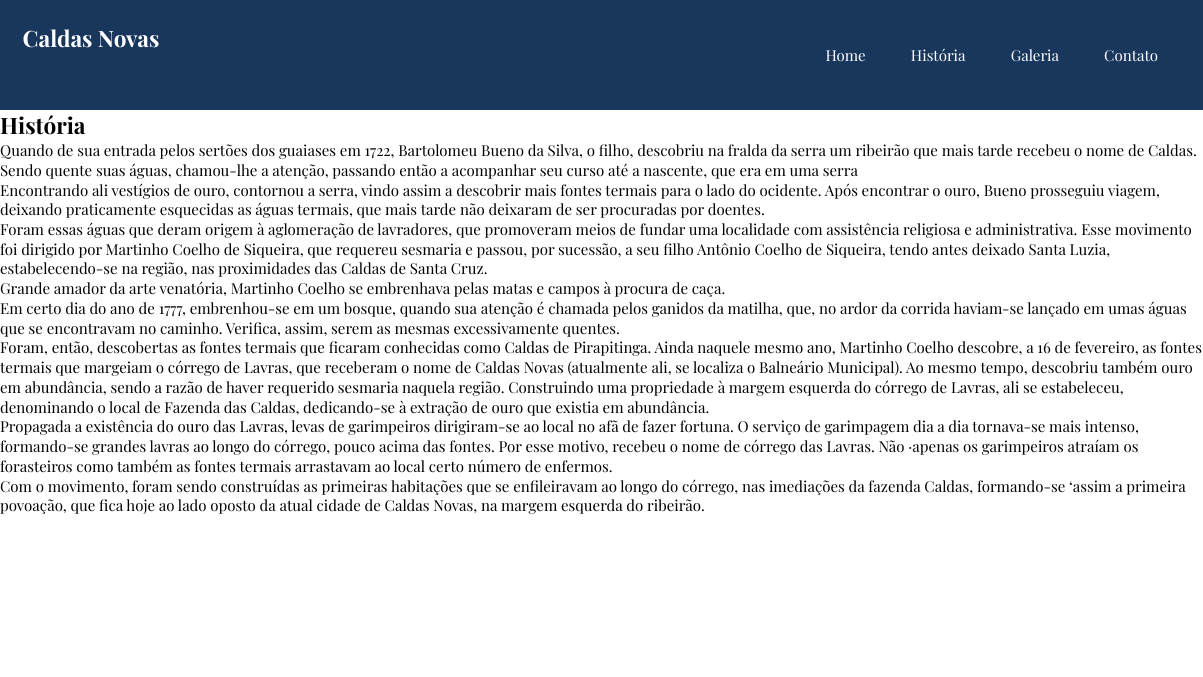
Repository: AbiezerSidonioJoseOdanacaJunior/DesafioLocalTuristico
Page: index.html
The author's editor kept a copy of each file at every save. The page is drawn from the files as they stood at one save, then again after the next save.
The browser window is 1280 px wide. The pictures show the whole page, at 94% of full size.
Some web fonts or font styles are not loaded; a fallback is used.

Above is the page before, as saved 2024-11-11 15:20:24.

After the next save:
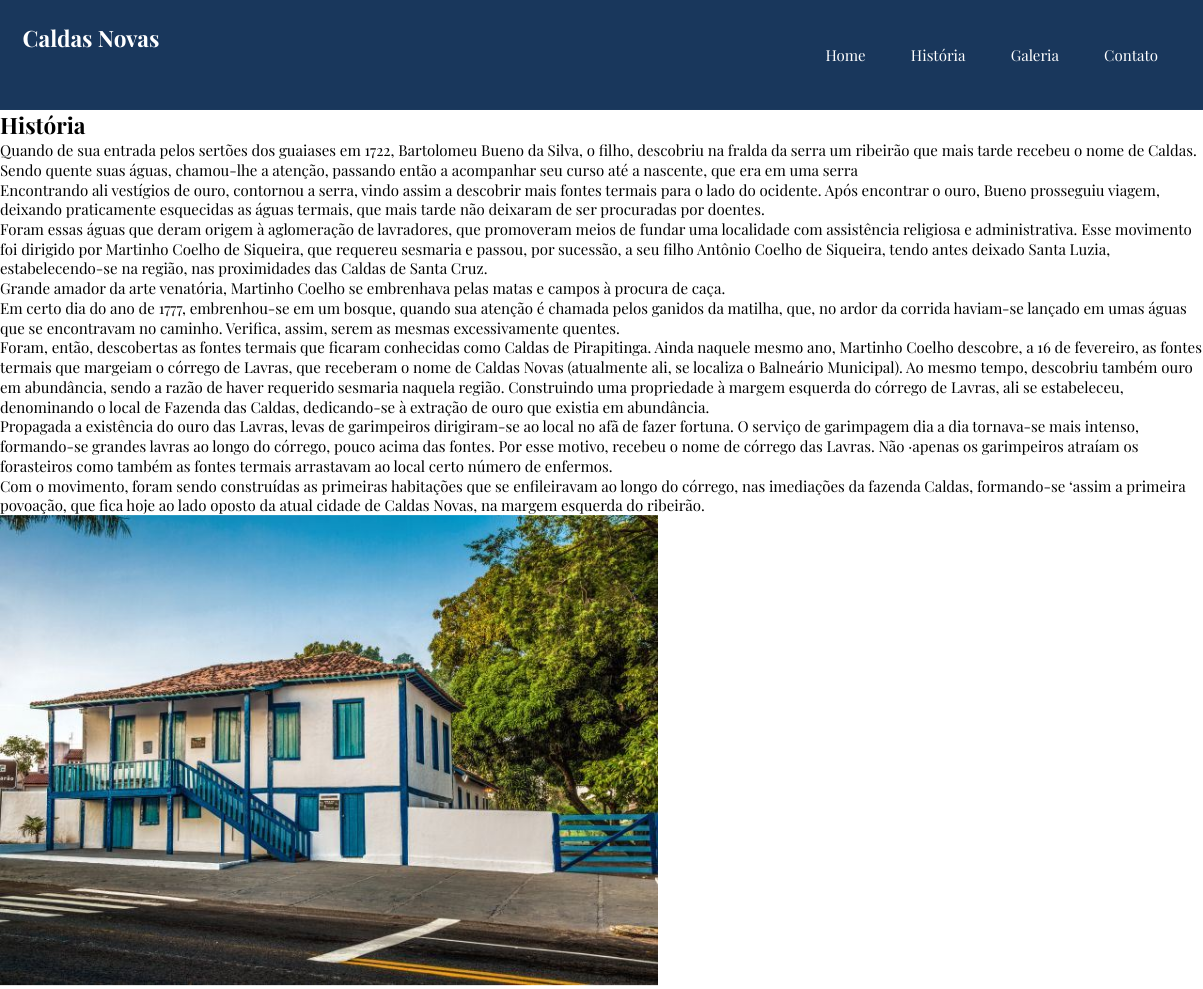
Saved 8 min 50 s later.
--- a/index.html
+++ b/index.html
@@ -24,14 +24,20 @@
         <main>
             <section id="history">
                 <h1>História</h1>
-                <p>Quando de sua entrada pelos sertões dos guaiases em 1722, Bartolomeu Bueno da Silva, o filho, descobriu na fralda da serra um ribeirão que mais tarde recebeu o nome de Caldas. Sendo quente suas águas, chamou-lhe a atenção, passando então a acompanhar seu curso até a nascente, que era em uma serra</p>
-                <p>Encontrando ali vestígios de ouro, contornou a serra, vindo assim a descobrir mais fontes termais para o lado do ocidente. Após encontrar o ouro, Bueno prosseguiu viagem, deixando praticamente esquecidas as águas termais, que mais tarde não deixaram de ser procuradas por doentes.</p>
-                <p>Foram essas águas que deram origem à aglomeração de lavradores, que promoveram meios de fundar uma localidade com assistência religiosa e administrativa. Esse movimento foi dirigido por Martinho Coelho de Siqueira, que requereu sesmaria e passou, por sucessão, a seu filho Antônio Coelho de Siqueira, tendo antes deixado Santa Luzia, estabelecendo-se na região, nas proximidades das Caldas de Santa Cruz.</p>
-                <p>Grande amador da arte venatória, Martinho Coelho se embrenhava pelas matas e campos à procura de caça.</p>
-                <p>Em certo dia do ano de 1777, embrenhou-se em um bosque, quando sua atenção é chamada pelos ganidos da matilha, que, no ardor da corrida haviam-se lançado em umas águas que se encontravam no caminho. Verifica, assim, serem as mesmas excessivamente quentes.</p>
-                <p>Foram, então, descobertas as fontes termais que ficaram conhecidas como Caldas de Pirapitinga. Ainda naquele mesmo ano, Martinho Coelho descobre, a 16 de fevereiro, as fontes termais que margeiam o córrego de Lavras, que receberam o nome de Caldas Novas (atualmente ali, se localiza o Balneário Municipal). Ao mesmo tempo, descobriu também ouro em abundância, sendo a razão de haver requerido sesmaria naquela região. Construindo uma propriedade à margem esquerda do córrego de Lavras, ali se estabeleceu, denominando o local de Fazenda das Caldas, dedicando-se à extração de ouro que existia em abundância.</p>
-                <p>Propagada a existência do ouro das Lavras, levas de garimpeiros dirigiram-se ao local no afã de fazer fortuna. O serviço de garimpagem dia a dia tornava-se mais intenso, formando-se grandes lavras ao longo do córrego, pouco acima das fontes. Por esse motivo, recebeu o nome de córrego das Lavras. Não ·apenas os garimpeiros atraíam os forasteiros como também as fontes termais arrastavam ao local certo número de enfermos.</p>
-                <p>Com o movimento, foram sendo construídas as primeiras habitações que se enfileiravam ao longo do córrego, nas imediações da fazenda Caldas, formando-se ‘assim a primeira povoação, que fica hoje ao lado oposto da atual cidade de Caldas Novas, na margem esquerda do ribeirão.</p>
+                <div id="text-history">
+
+                    <p>Quando de sua entrada pelos sertões dos guaiases em 1722, Bartolomeu Bueno da Silva, o filho, descobriu na fralda da serra um ribeirão que mais tarde recebeu o nome de Caldas. Sendo quente suas águas, chamou-lhe a atenção, passando então a acompanhar seu curso até a nascente, que era em uma serra</p>
+                    <p>Encontrando ali vestígios de ouro, contornou a serra, vindo assim a descobrir mais fontes termais para o lado do ocidente. Após encontrar o ouro, Bueno prosseguiu viagem, deixando praticamente esquecidas as águas termais, que mais tarde não deixaram de ser procuradas por doentes.</p>
+                    <p>Foram essas águas que deram origem à aglomeração de lavradores, que promoveram meios de fundar uma localidade com assistência religiosa e administrativa. Esse movimento foi dirigido por Martinho Coelho de Siqueira, que requereu sesmaria e passou, por sucessão, a seu filho Antônio Coelho de Siqueira, tendo antes deixado Santa Luzia, estabelecendo-se na região, nas proximidades das Caldas de Santa Cruz.</p>
+                    <p>Grande amador da arte venatória, Martinho Coelho se embrenhava pelas matas e campos à procura de caça.</p>
+                    <p>Em certo dia do ano de 1777, embrenhou-se em um bosque, quando sua atenção é chamada pelos ganidos da matilha, que, no ardor da corrida haviam-se lançado em umas águas que se encontravam no caminho. Verifica, assim, serem as mesmas excessivamente quentes.</p>
+                    <p>Foram, então, descobertas as fontes termais que ficaram conhecidas como Caldas de Pirapitinga. Ainda naquele mesmo ano, Martinho Coelho descobre, a 16 de fevereiro, as fontes termais que margeiam o córrego de Lavras, que receberam o nome de Caldas Novas (atualmente ali, se localiza o Balneário Municipal). Ao mesmo tempo, descobriu também ouro em abundância, sendo a razão de haver requerido sesmaria naquela região. Construindo uma propriedade à margem esquerda do córrego de Lavras, ali se estabeleceu, denominando o local de Fazenda das Caldas, dedicando-se à extração de ouro que existia em abundância.</p>
+                    <p>Propagada a existência do ouro das Lavras, levas de garimpeiros dirigiram-se ao local no afã de fazer fortuna. O serviço de garimpagem dia a dia tornava-se mais intenso, formando-se grandes lavras ao longo do córrego, pouco acima das fontes. Por esse motivo, recebeu o nome de córrego das Lavras. Não ·apenas os garimpeiros atraíam os forasteiros como também as fontes termais arrastavam ao local certo número de enfermos.</p>
+                    <p>Com o movimento, foram sendo construídas as primeiras habitações que se enfileiravam ao longo do córrego, nas imediações da fazenda Caldas, formando-se ‘assim a primeira povoação, que fica hoje ao lado oposto da atual cidade de Caldas Novas, na margem esquerda do ribeirão.</p>
+                </div>
+                <div id="image-history">
+                    <img src="./img/imghistory.jpg" alt="Imagem ">
+                </div>
             </section>
         </main>
     </div>
